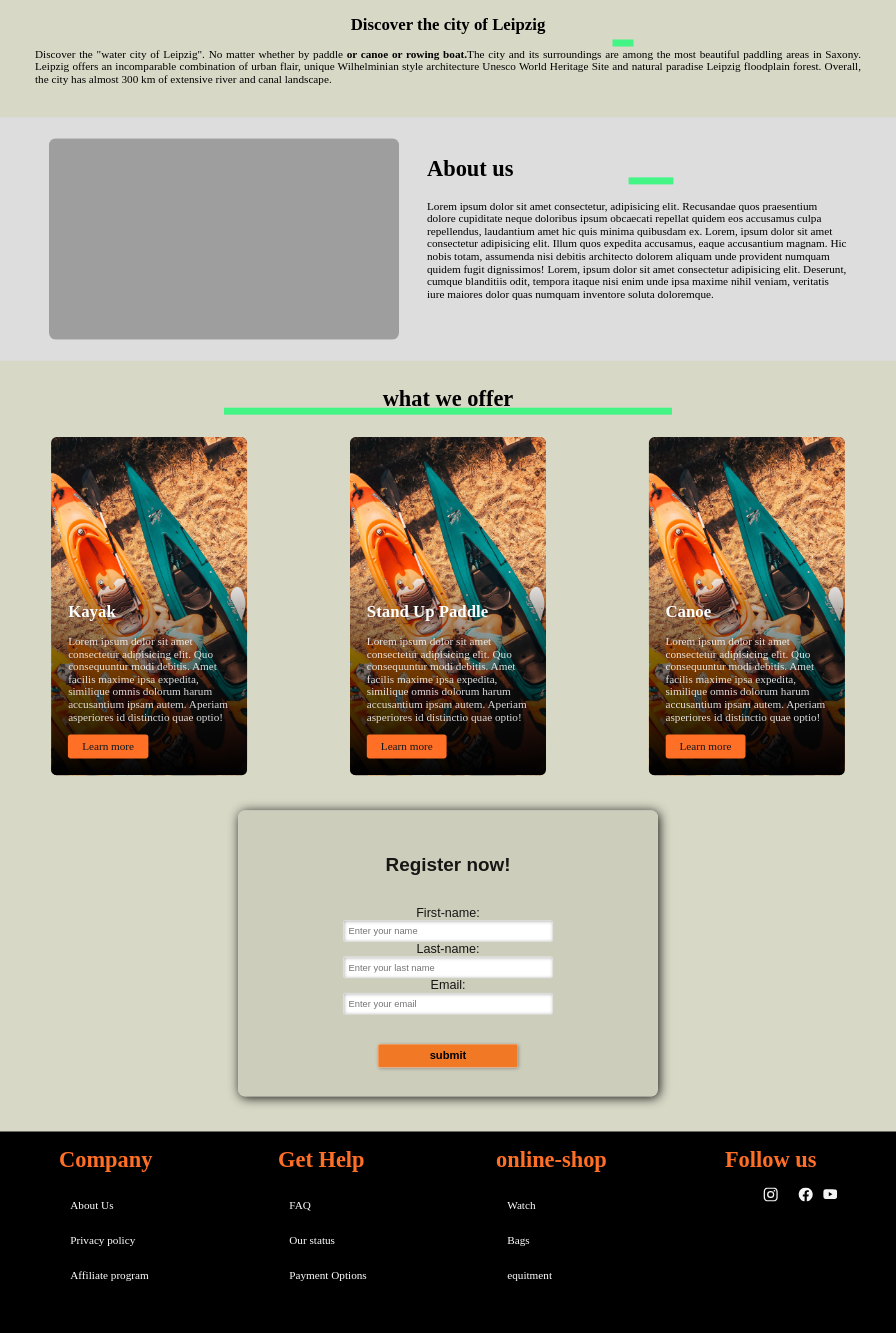
Repository: joseluis2289/Responsive-club-website
Page: index.html
The author's editor kept a copy of each file at every save. The page is drawn from the files as they stood at one save, then again after the next save.
The browser window is 1280 px wide. The pictures show the part of the page from y = 819 to 2739 px (the page is 2723 px tall before and 2739 px after), at 70% of full size.
Pictures or frames that could not be fetched are drawn as grey boxes.

Above is the page before, as saved 2021-08-25 00:18:34.

After the next save:
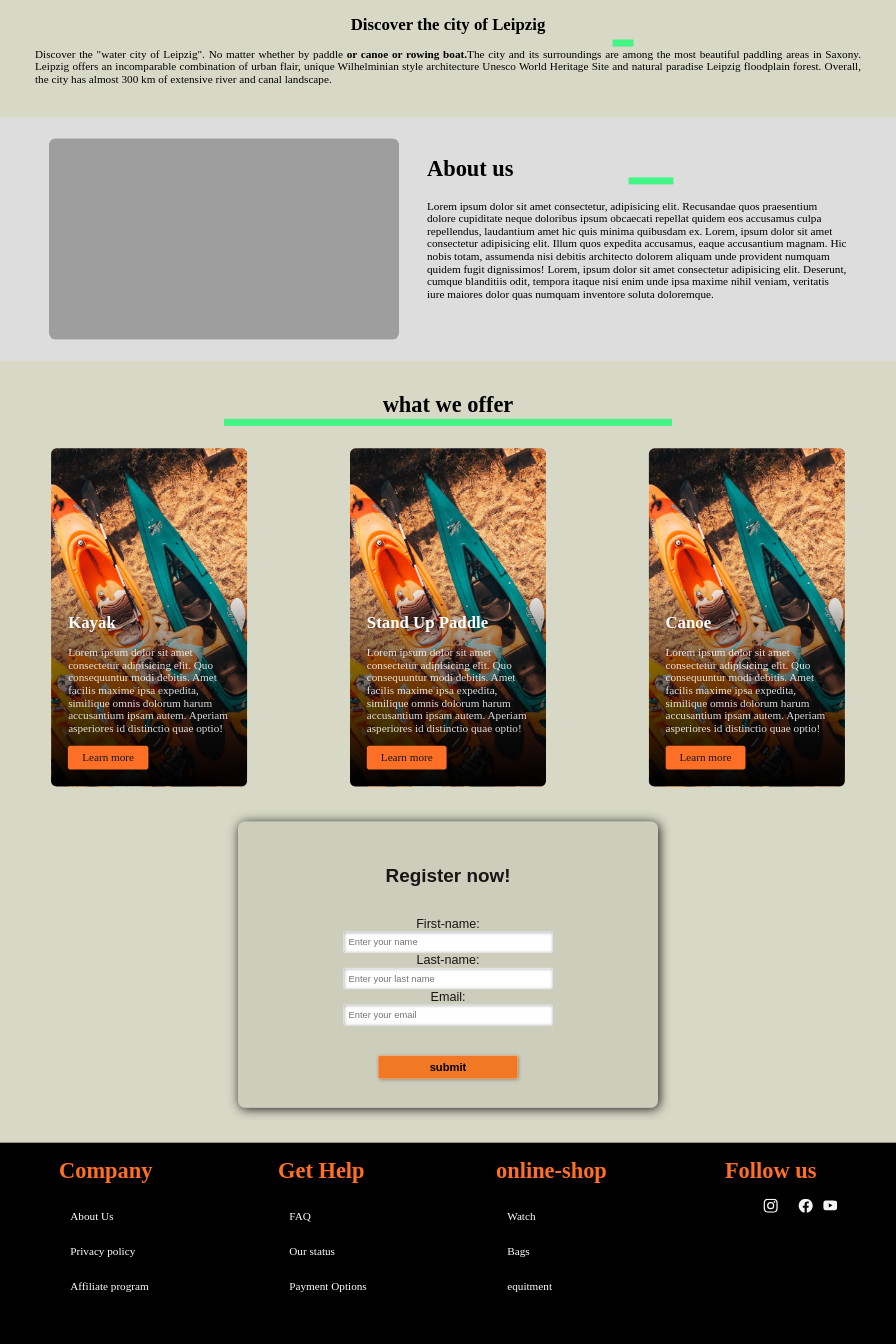
Saved 66 s later.
--- a/style.css
+++ b/style.css
@@ -186,12 +186,14 @@ position: relative;
     transition: transform 0.5s ease;
 }
 
+
+/* what we offer cards */
 .tittle-what-we-offer{
     color: #000;
 text-decoration: none;
 border: 0;
 margin: 2rem 0;
-line-height: 1.4;
+line-height: 1.9;
 display: block;
 position: relative;
 }
@@ -215,7 +217,7 @@ position: relative;
     transition: transform 0.5s ease;
 }
 
-/* what we offer cards */
+
 .tittle-what-we-offer{
     text-align: center;
 }
